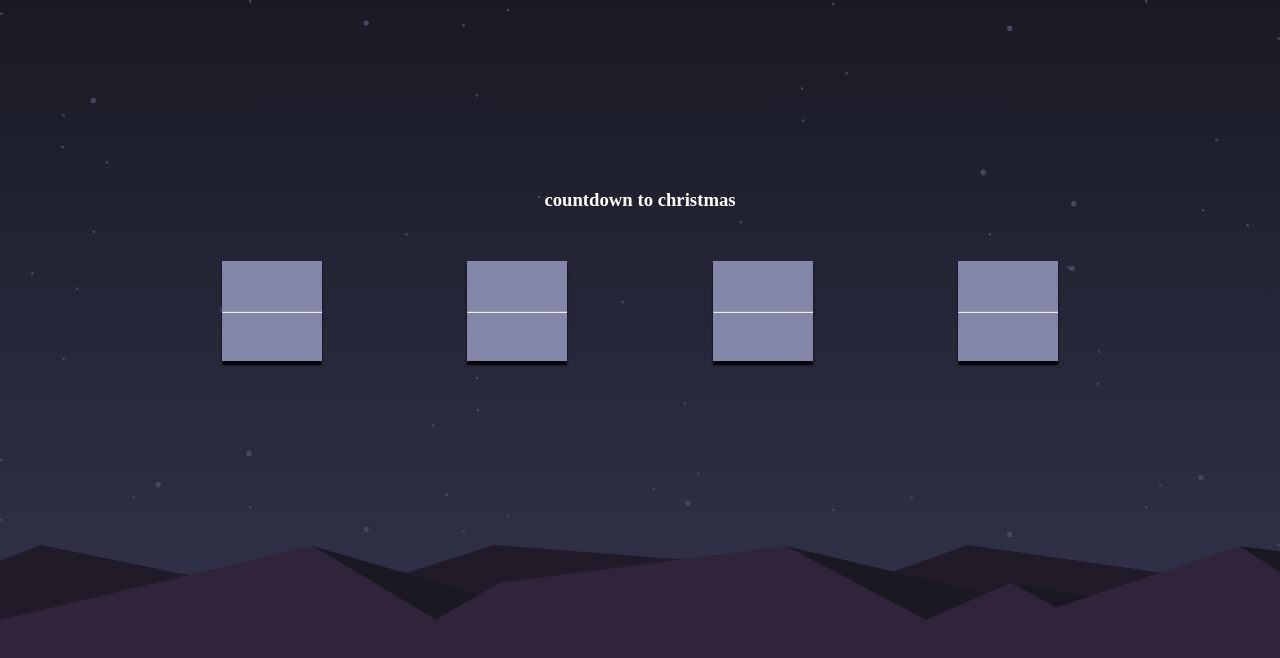
Repository: Eugene44-hub/countdown
Page: index.html
An editor plug-in stored every save of this project. The page is shown before and after the next save, followed by the edit.
The browser window is 1280 px wide. The pictures show the whole page.

Above is the page before, as saved 2021-09-12 03:10:38.

After the next save:
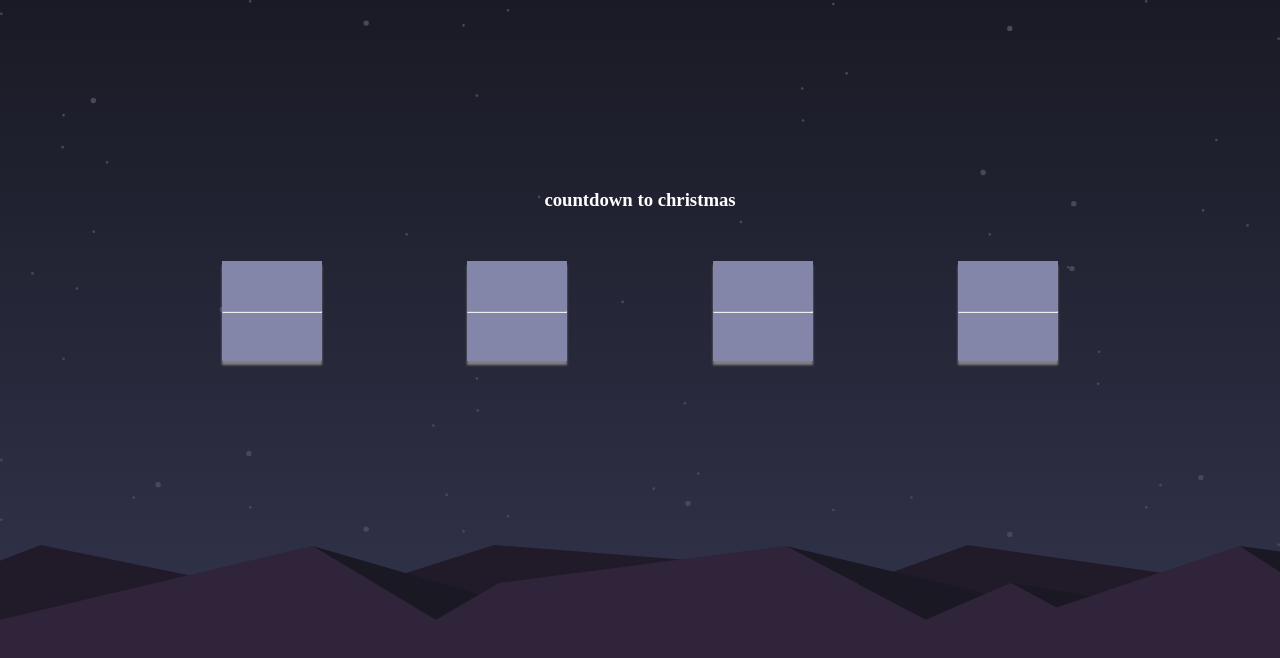
Saved 12 s later.
--- a/style.css
+++ b/style.css
@@ -48,7 +48,7 @@ h3 {
     height: 100px;
     position: relative;
     overflow: hidden;
-    box-shadow: 0px 4px 2px black;
+    box-shadow: 0px 4px 2px grey;
 }
 
 hr {
